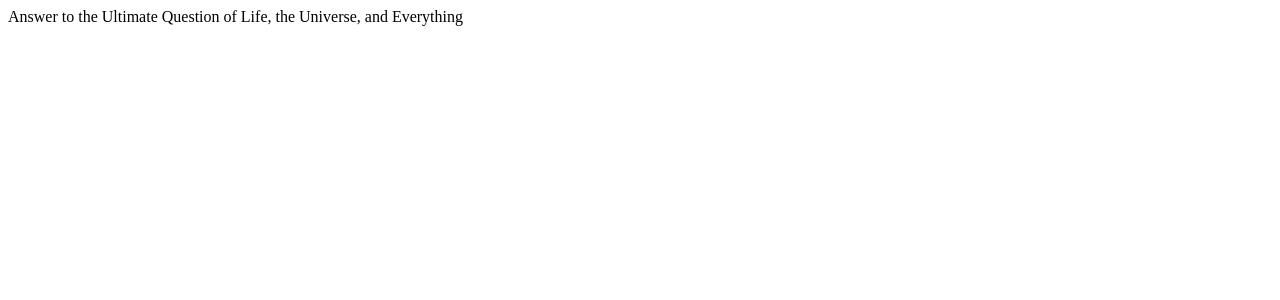
Repository: tomo0425/git_tutorial
Page: http://localhost/if.php
The author's editor kept a record of every edit. The page is drawn from the files as they stood at one moment, then again after the next edit.
The browser window is 1280 px wide. The pictures show the whole page.
The page is run by PHP 8.4 with error messages shown; the project is at /var/www/html/.

Above is the page before.

### if.php
<?php
function check($num){
    if($num == 42){
        print("Answer to the Ultimate Question of Life, the Universe, and Everything");
    }
}
check(42);
?>

After the next edit:
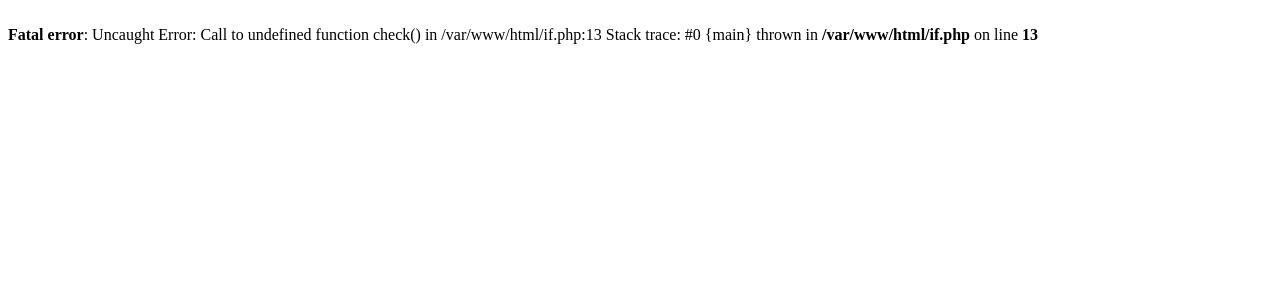
The edit:
--- a/if.php
+++ b/if.php
@@ -1,7 +1,13 @@
 <?php
-function check($num){
-    if($num == 42){
-        print("Answer to the Ultimate Question of Life, the Universe, and Everything");
+$even_num = [];
+$odd_num = [];
+function sort_number($num){
+    global $even_num, $odd_num;
+
+    if($num % 2 == 0){
+        array_push($even_name, $num);
+    }else{
+        array_push($odd_num, $num);
     }
 }
 check(42);
